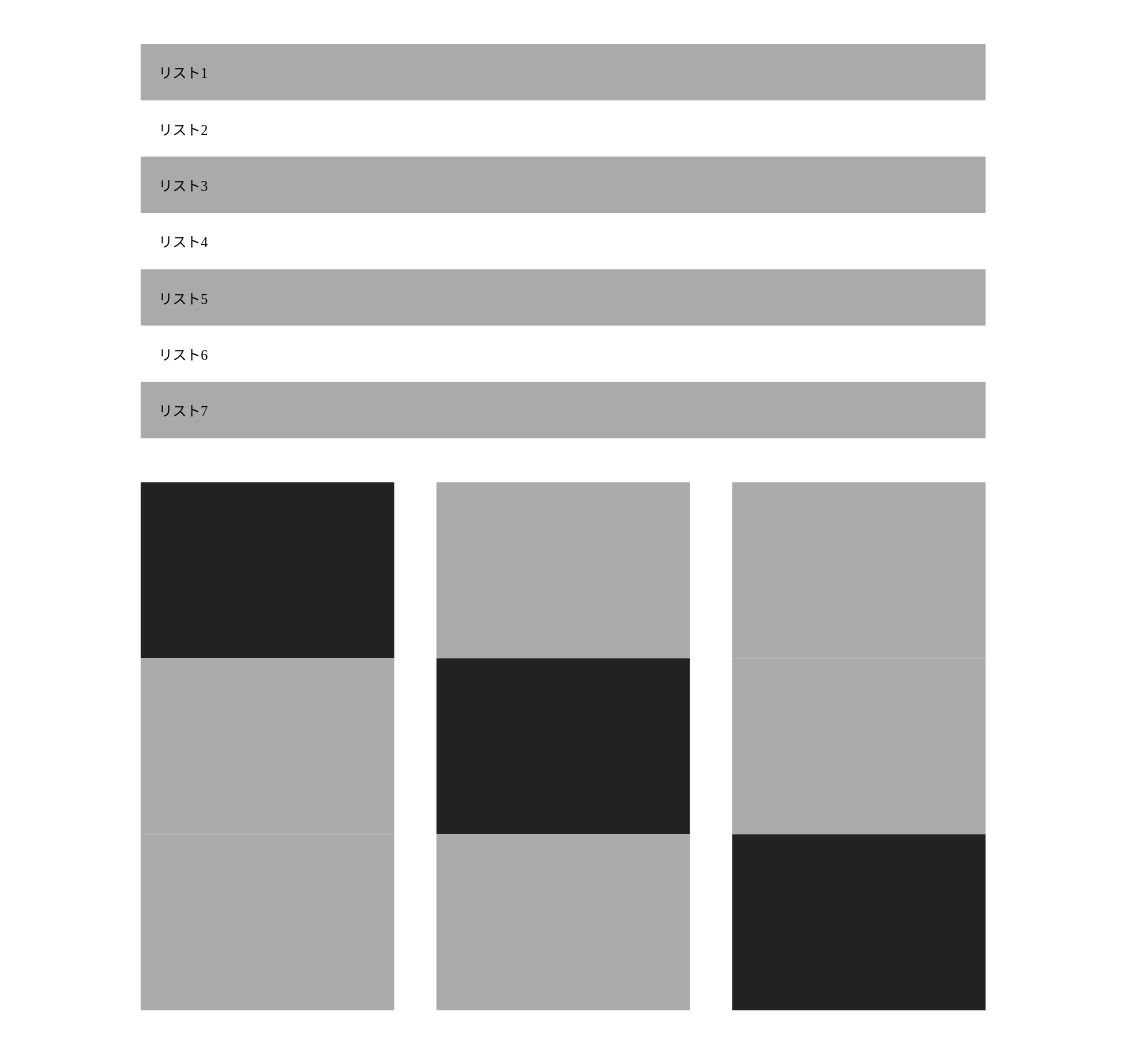
Repository: Y-takumi0/DMMwebcamp
Page: exercise/chapter8.html
The author's editor kept a record of every edit. The page is drawn from the files as they stood at one moment, then again after the next edit.
The browser window is 1280 px wide. The pictures show the whole page, at 88% of full size.

Above is the page before.

### exercise/chapter8.html
<!DOCTYPE html>
<html lang="ja">
  <head>
    <meta charset="UTF-8">
    <link rel="stylesheet" href="chapter8.css">
    <title>chapter8</title>
  </head>

  <body>
    <main>
      <ul class="list">
        <li class="item">リスト1</li>
        <li class="item">リスト2</li>
        <li class="item">リスト3</li>
        <li class="item">リスト4</li>
        <li class="item">リスト5</li>
        <li class="item">リスト6</li>
        <li class="item">リスト7</li>
      </ul>
      <div class="boxlist">
        <div class="box"></div>
        <div class="box"></div>
        <div class="box"></div>
        <div class="box"></div>
        <div class="box"></div>
        <div class="box"></div>
        <div class="box"></div>
        <div class="box"></div>
        <div class="box"></div>

      </div>
    </main>
  </body>
</html>

### exercise/chapter8.css
* {
  margin: 0;
  padding: 0;
  box-sizing: border-box;
}

main {
  width: 960px;
  margin: 50px auto;
}

.list {
  margin-bottom: 50px;
}

.item {
  list-style: none;
  padding: 20px;
}

.item:nth-child(odd) {
  background-color: #aaa
}

.boxlist {
  display: flex;
  flex-wrap: wrap;
}

.box {
  width: 30%;
  height: 200px;
  margin-right: 5%;
  padding-bottom: 40px;
  background-color: #aaa;
  margin-bottom: 0;
}

.box:first-child,
.box:nth-child(5),
.box:last-child {
  background-color: #222;
}

.box:nth-child(3n) {
  margin-right: 0;
}

After the next edit:
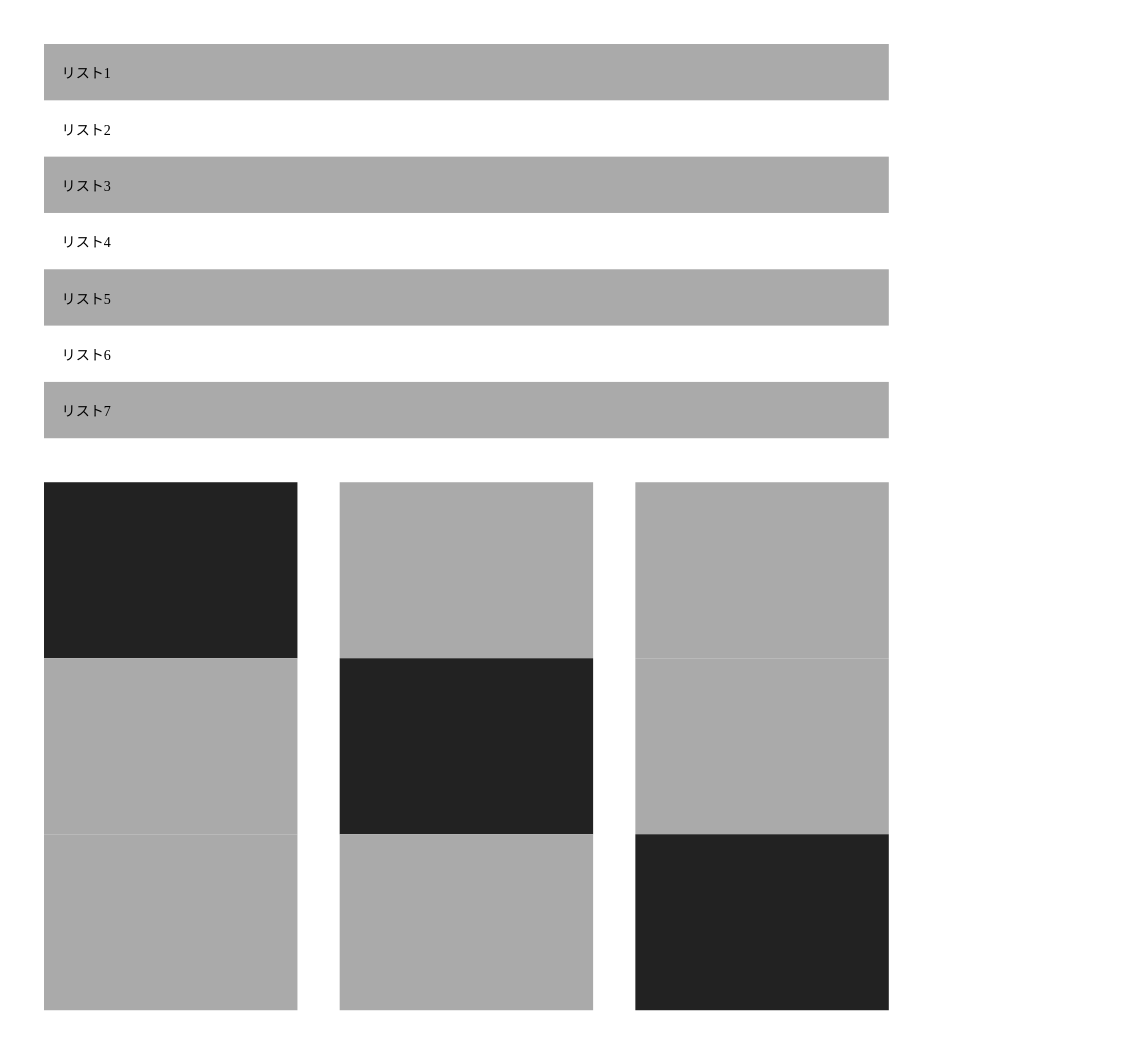
The edit:
--- a/exercise/chapter8.css
+++ b/exercise/chapter8.css
@@ -6,7 +6,7 @@
 
 main {
   width: 960px;
-  margin: 50px auto;
+  margin: 50px;
 }
 
 .list {
